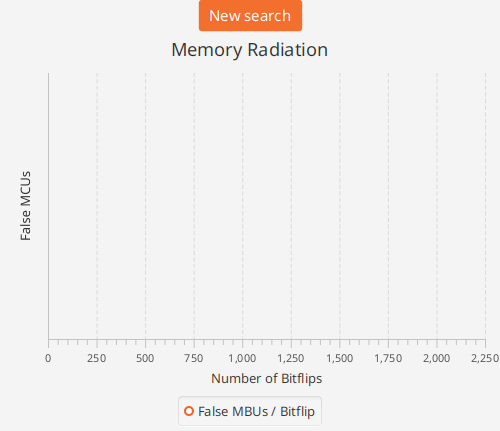
Repository: jalguacilgon/TFG-MemoryRadiation-JesusAlguacilGonzalez
Program's window: java TFG/MemoryRadiation/src/linechart/Memory.java
An editor plug-in stored every save of this project. The program's window is shown before and after the next save, followed by the edit.
It runs on Java 21 on a 1366 x 768 screen with JavaFX 11; the title bar is not drawn.

Above is the program's window before, as saved 2021-09-07 19:16:30.

After the next save:
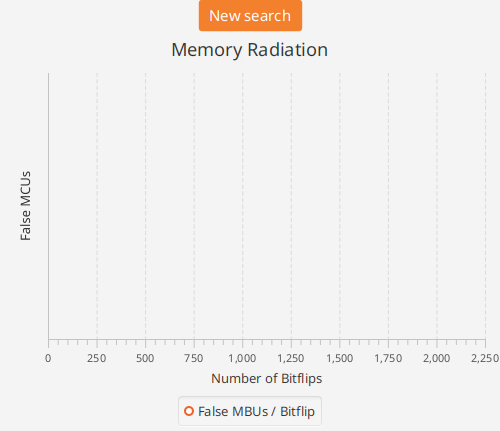
Saved 39 s later.
--- a/TFG/MemoryRadiation/src/linechart/Memory.java
+++ b/TFG/MemoryRadiation/src/linechart/Memory.java
@@ -66,7 +66,7 @@
 				e.printStackTrace();
 			}
         });
-        button.setStyle("-fx-text-fill: white;-fx-background-color: #f36f2d;-fx-cursor: hand;");
+        button.setStyle("-fx-text-fill: white;-fx-background-color: #f3802d;-fx-cursor: hand;");
         Font font = new Font("Cantara", 15);
         button.setFont(font);
         StackPane spButton = new StackPane();
